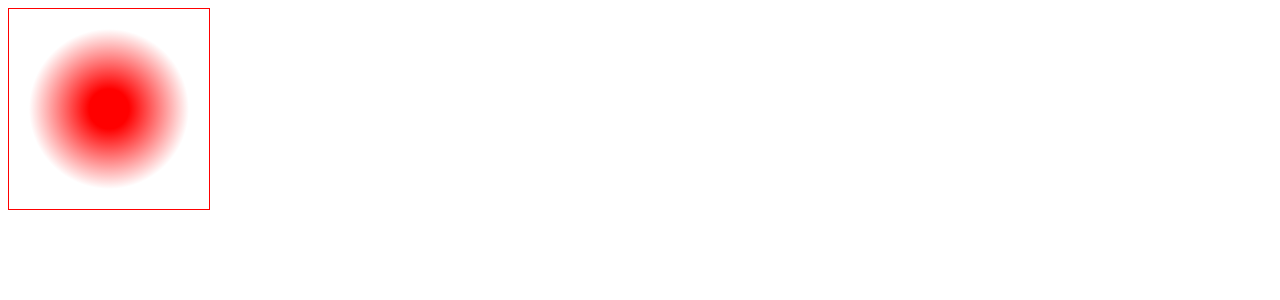
Repository: Tan-Khang21/TH_TKW--Buoi_05
Page: Bai_Tap_Tren_Lop/Bai_01/Canvas8.html
The author's editor kept a copy of each file at every save. The page is drawn from the files as they stood at one save, then again after the next save.
The browser window is 1280 px wide. The pictures show the whole page.

Above is the page before, as saved 2024-03-10 20:41:38.

### Bai_Tap_Tren_Lop/Bai_01/Canvas8.html
<!DOCTYPE html>
<html lang="en">
  <head>
    <meta charset="UTF-8" />
    <meta name="viewport" content="width=device-width, initial-scale=1.0" />
    <title>Document</title>
  </head>
  <body>
    <canvas
      id="mycanvas"
      width="200px"
      height="200px"
      style="border: 1px solid #f00"
    ></canvas>
    <script>
      var c = document.getElementById("mycanvas");
      var ctx = c.getContext("2d");
      var grd = ctx.createRadialGradient(100, 100, 20, 100, 100, 80);
      grd.addColorStop(0, "red");
      grd.addColorStop(1, "white");
      ctx.beginPath();
      ctx.arc(100, 100, 100, 0, 2 * Math.PI);
      ctx.fillStyle = grd;
      ctx.fill();
    </script>
  </body>
</html>

After the next save:
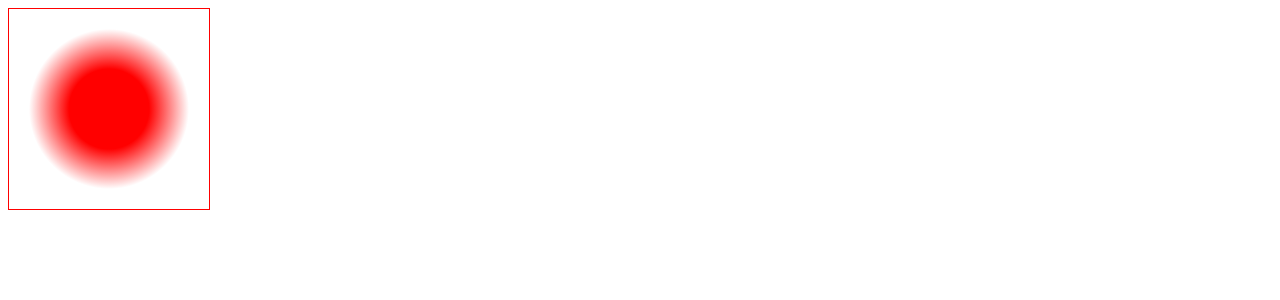
Saved 10 s later.
--- a/Bai_Tap_Tren_Lop/Bai_01/Canvas8.html
+++ b/Bai_Tap_Tren_Lop/Bai_01/Canvas8.html
@@ -15,7 +15,7 @@
     <script>
       var c = document.getElementById("mycanvas");
       var ctx = c.getContext("2d");
-      var grd = ctx.createRadialGradient(100, 100, 20, 100, 100, 80);
+      var grd = ctx.createRadialGradient(100, 100, 40, 100, 100, 80);
       grd.addColorStop(0, "red");
       grd.addColorStop(1, "white");
       ctx.beginPath();
